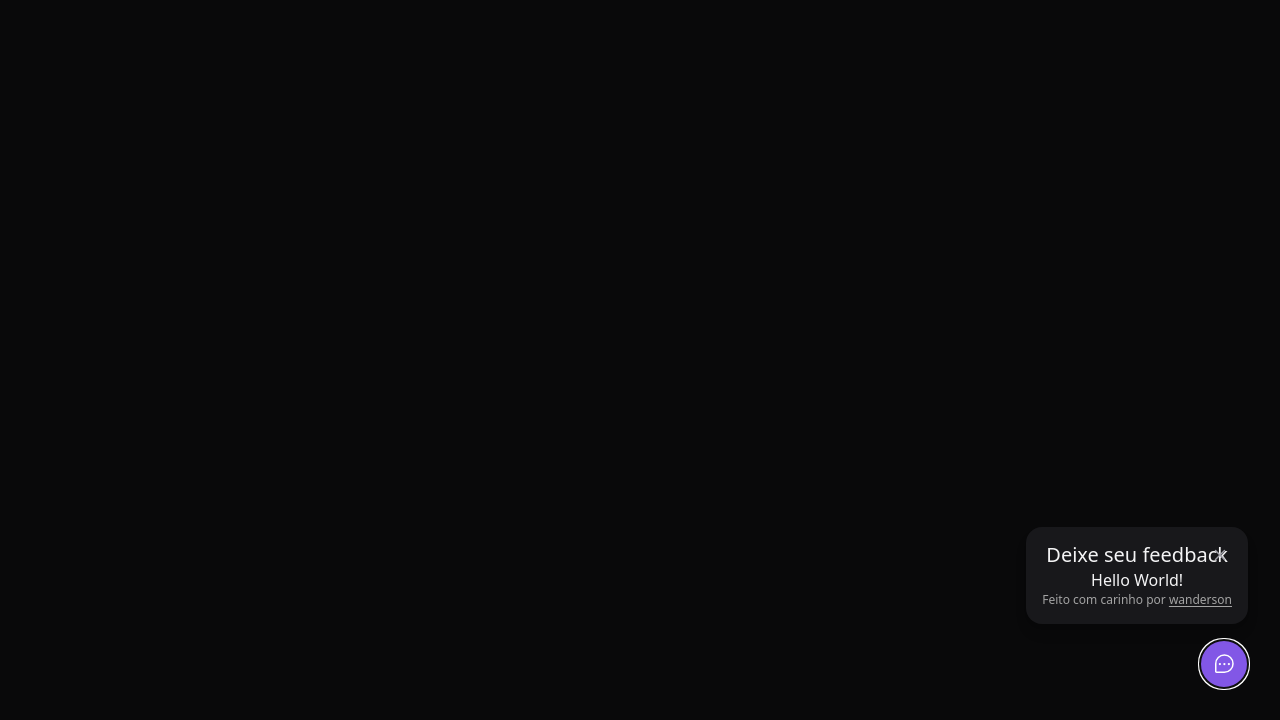
Repository: wandersondacosta/NLW-return-
Page: / (app in web/), after clicking the first element matching `#headlessui-popover-button-\:r8\:`
The author's editor kept a copy of each file at every save. The page is drawn from the files as they stood at one save, then again after the next save.
The browser window is 1280 px wide. The pictures show the whole page.
The project was rebuilt for these pictures with package versions that can differ from the ones it lists, and the page was loaded fresh each time. Also part of the build but not shown: web/vite.config.ts.

Above is the page before, as saved 2022-05-06 19:42:16.

### web/src/global.css
@tailwind base;
@tailwind components;
@tailwind utilities;


body {
  @apply bg-[#09090a] text-zinc-100
}

### web/src/components/Widget.tsx
import { ChatTeardropDots } from "phosphor-react";
import { Popover } from "@headlessui/react";
import { WidgetForm } from "./WidgetForm";

export function Widget() {
  return (
    <Popover className="absolute bottom-4 right-4 md:bottom-8 md:right-8 flex flex-col items-end">
      <Popover.Panel>
        <WidgetForm />
      </Popover.Panel>

      <Popover.Button className="bg-brand-500 rounded-full px-3 h-12 text-white flex items-center group">
        <ChatTeardropDots className="w-6 h-6" />
        <span className="max-w-0 overflow-hidden group-hover:max-w-xs transition-all duration-500 ease-linear">
          <span className="pl-2"></span>
          feedback
        </span>
      </Popover.Button>
    </Popover>
  );
}

### web/src/components/WidgetForm.tsx
import { CloseButton } from "./CloseButton";

export function WidgetForm() {
  return (
    <div className="bg-zinc-900 p-4 relative rounded-2xl mb-4 flex flex-col items-center shadow-lg w-[calc(100vw-2rem)] md:w-auto">
      <header>
        <span className="text-xl leading-6">Deixe seu feedback</span>

        <CloseButton />
      </header>

      <p>Hello World!</p>

      <footer className="text-xs text-neutral-400">
        Feito com carinho por{" "}
        <a className="underline underline-offset-2" href="#">
          wanderson
        </a>
      </footer>
    </div>
  );
}

### web/src/components/CloseButton.tsx
import { Popover } from "@headlessui/react";
import { X } from "phosphor-react";

export function CloseButton() {
  return (
    <Popover.Button
      className="top-5 right-5 absolute text-zinc-400 hover:text-zinc-100"
      title="fechar formulário de feedback"
    >
      <X weight="bold" className="w-4 h-4 " />
    </Popover.Button>
  );
}

Loaded but not shown: web/index.html (common file); web/src/main.tsx (common file); web/src/App.tsx (common file); web/tailwind.config.js (common file)

After the next save:
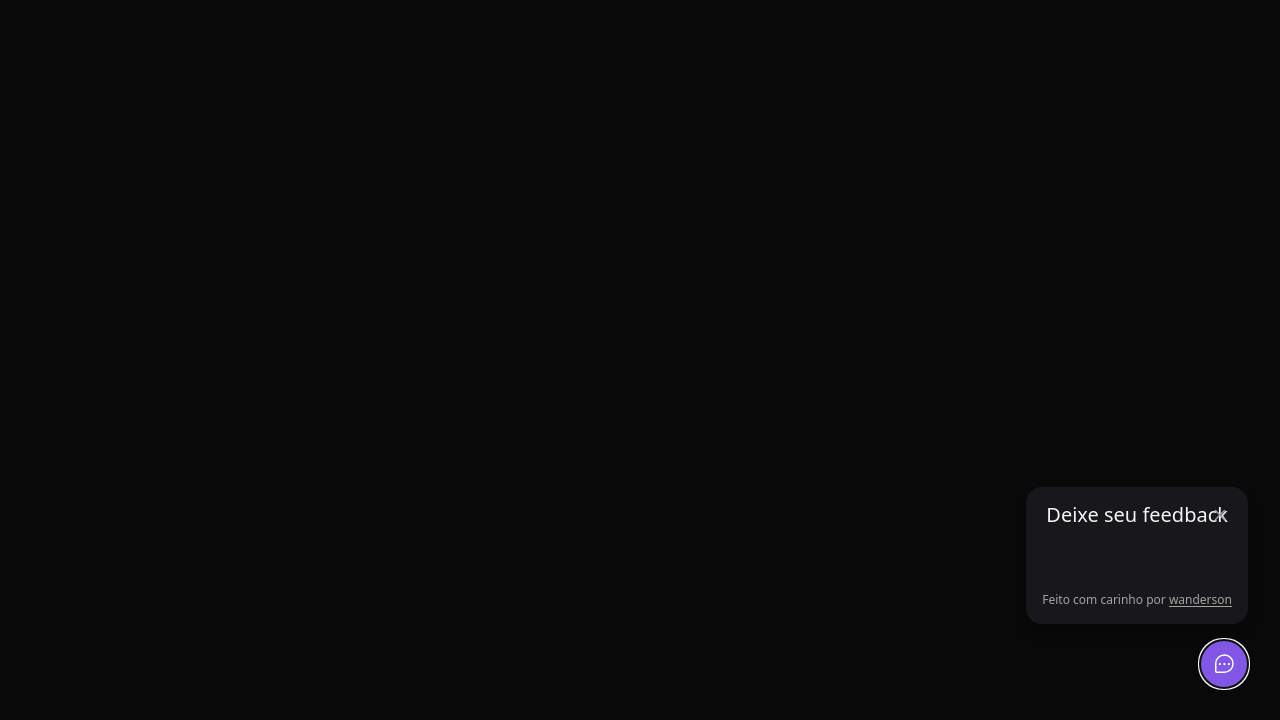
Saved 4 min 49 s later.
--- a/web/src/components/WidgetForm.tsx
+++ b/web/src/components/WidgetForm.tsx
@@ -9,7 +9,7 @@ export function WidgetForm() {
         <CloseButton />
       </header>
 
-      <p>Hello World!</p>
+      <div className="flex py-8 gap-2 w-full"></div>
 
       <footer className="text-xs text-neutral-400">
         Feito com carinho por{" "}
